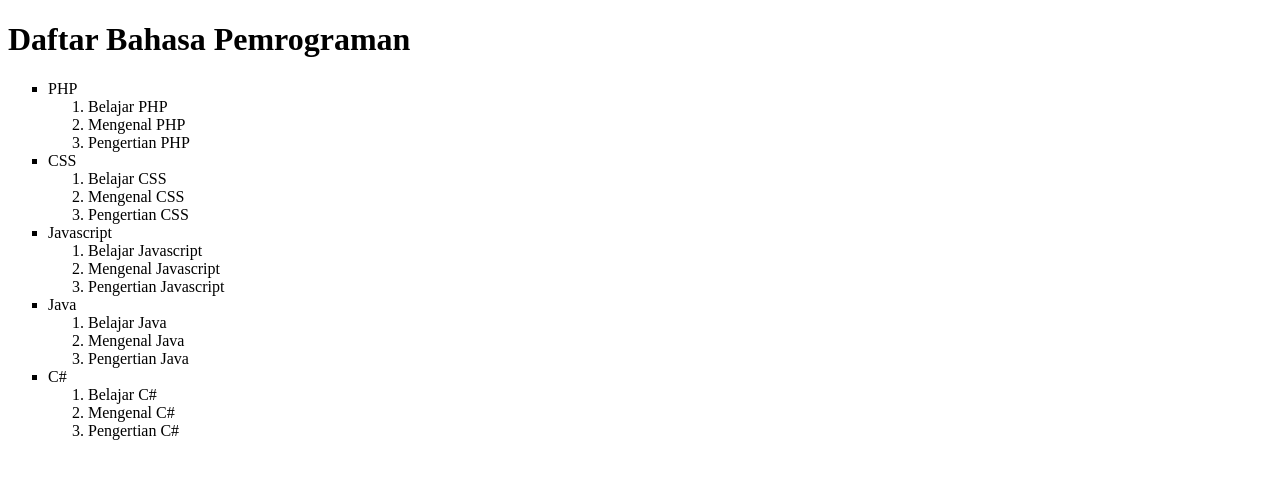
Repository: AHSANS354/tugas-sib5
Page: list.html
The author's editor kept a copy of each file at every save. The page is drawn from the files as they stood at one save, then again after the next save.
The browser window is 1280 px wide. The pictures show the whole page.

Above is the page before, as saved 2023-08-18 13:33:33.

After the next save:
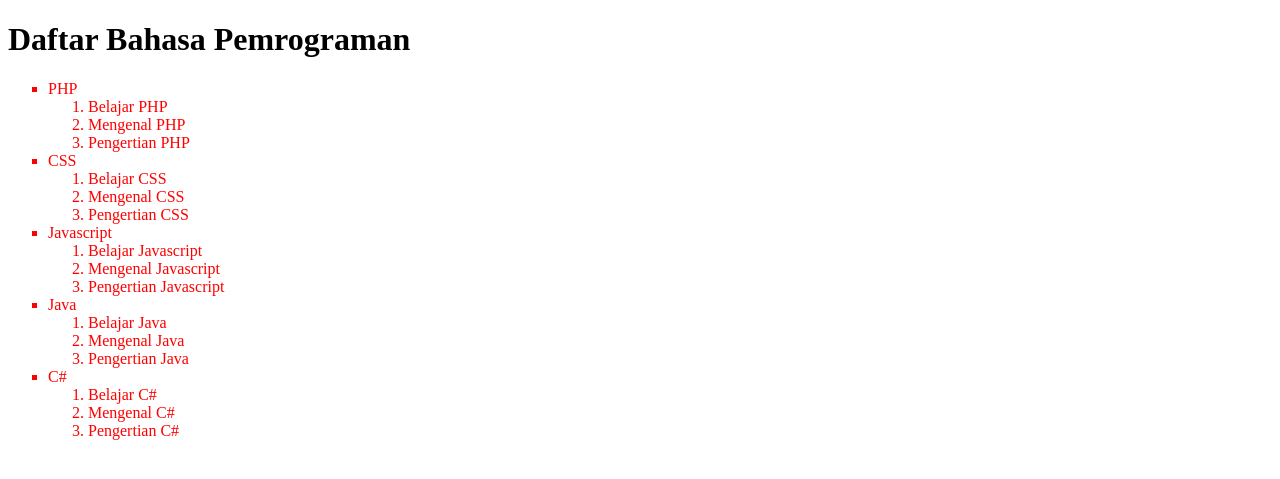
Saved 75 s later.
--- a/list.html
+++ b/list.html
@@ -7,7 +7,7 @@
   </head>
   <body>
     <h1>Daftar Bahasa Pemrograman</h1>
-    <ul type="square">
+    <ul type="square" style="color: red">
       <li>
         PHP
         <ol type="1">

After the save that followed:
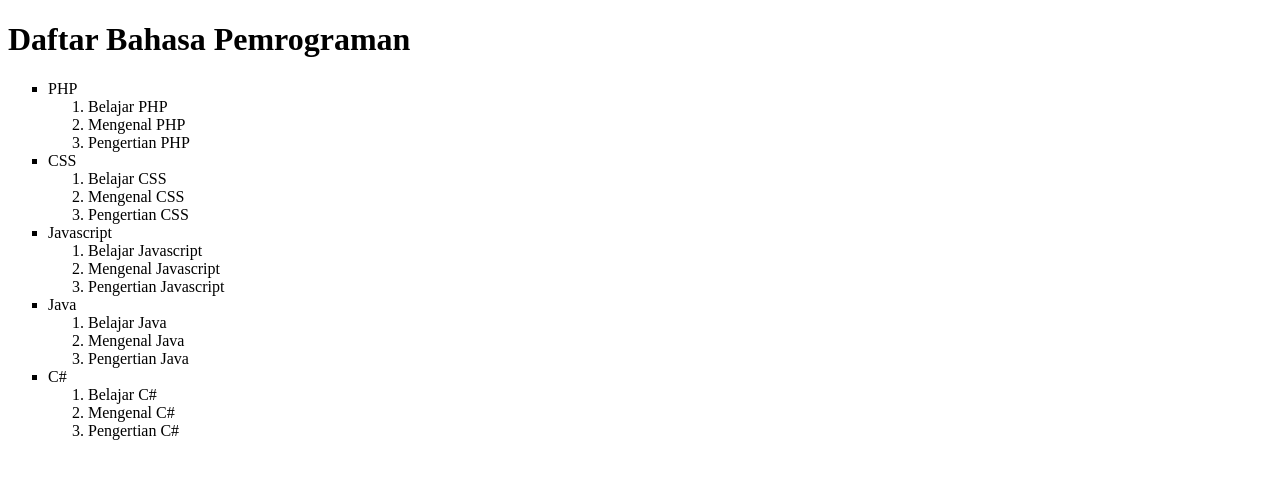
Saved 12 s later.
--- a/list.html
+++ b/list.html
@@ -7,7 +7,7 @@
   </head>
   <body>
     <h1>Daftar Bahasa Pemrograman</h1>
-    <ul type="square" style="color: red">
+    <ul type="square">
       <li>
         PHP
         <ol type="1">
